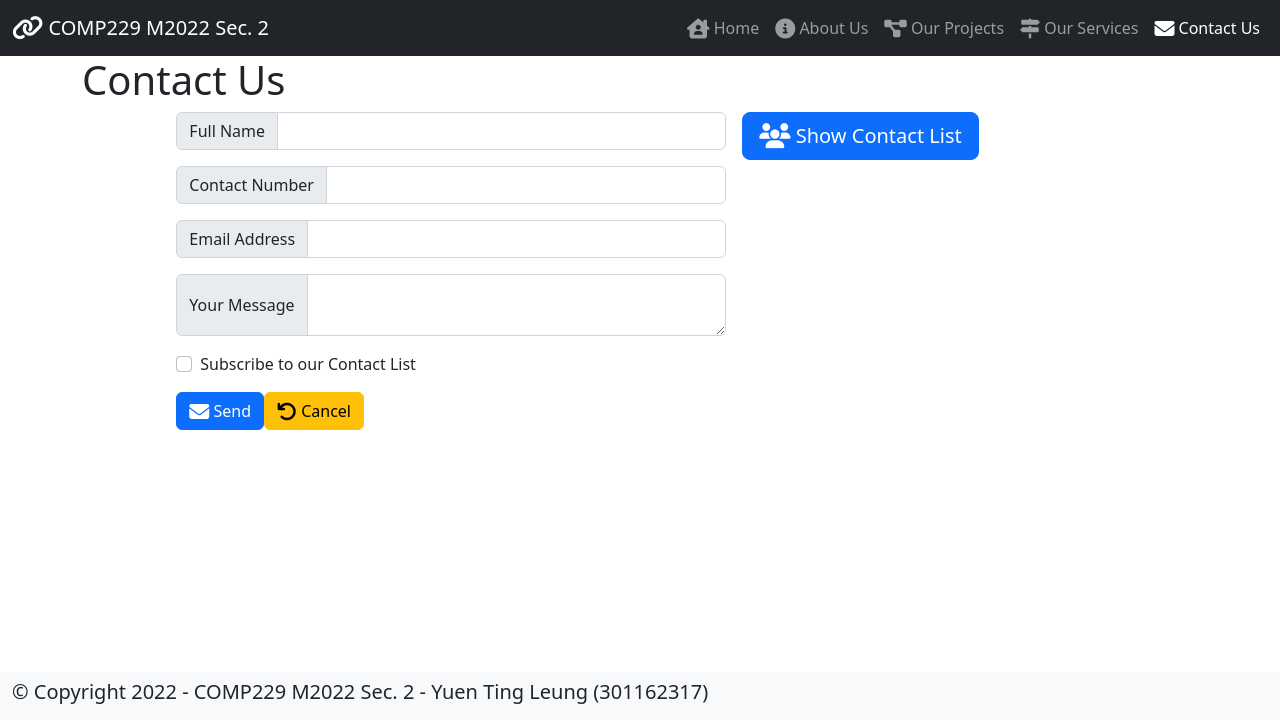
Repository: kennixfun/COMP229-M2022-Lab
Page: /contact (app in Front-End/)
These files come from the project's save history. The page is drawn as it stood at one moment and after the next save; the edit follows.
The browser window is 1280 px wide. The pictures show the whole page.
The project was rebuilt for these pictures with package versions that can differ from the ones it lists, and the page was loaded fresh each time. Also part of the build but not shown: Front-End/src/content/home.tsx, Front-End/src/content/about.tsx, Front-End/src/content/projects.tsx, Front-End/src/content/services.tsx, Front-End/src/App.css.

Above is the page before, as saved 2022-07-19 21:59:50.

### Front-End/public/index.html
<!DOCTYPE html>
<html lang="en">
  <head>
    <meta charset="utf-8" />
    <link rel="icon" href="%PUBLIC_URL%/favicon.ico" />
    <meta name="viewport" content="width=device-width, initial-scale=1" />
    <meta name="theme-color" content="#000000" />
    <meta
      name="description"
      content="Web site created using create-react-app"
    />
    <link rel="apple-touch-icon" href="%PUBLIC_URL%/logo192.png" />
    <!--
      manifest.json provides metadata used when your web app is installed on a
      user's mobile device or desktop. See https://developers.google.com/web/fundamentals/web-app-manifest/
    -->
    <link rel="manifest" href="%PUBLIC_URL%/manifest.json" />
    <!--
      Notice the use of %PUBLIC_URL% in the tags above.
      It will be replaced with the URL of the `public` folder during the build.
      Only files inside the `public` folder can be referenced from the HTML.

      Unlike "/favicon.ico" or "favicon.ico", "%PUBLIC_URL%/favicon.ico" will
      work correctly both with client-side routing and a non-root public URL.
      Learn how to configure a non-root public URL by running `npm run build`.
    -->
    <title>COMP 229</title>
  </head>
  <body>
    <noscript>You need to enable JavaScript to run this app.</noscript>
    <div id="root"></div>
    <!--
      This HTML file is a template.
      If you open it directly in the browser, you will see an empty page.

      You can add webfonts, meta tags, or analytics to this file.
      The build step will place the bundled scripts into the <body> tag.

      To begin the development, run `npm start` or `yarn start`.
      To create a production bundle, use `npm run build` or `yarn build`.
    -->
  </body>
</html>

### Front-End/src/App.tsx
import React from 'react';
import { BrowserRouter, Route, Routes } from 'react-router-dom';

// Common Components
import Header from './components/header';
import Footer from './components/footer';

// Content Components
import Home from './content/home';
import About from './content/about';
import Projects from './content/projects';
import Services from './content/services';
import Contact from './content/contact';

// Styles and Fonts
import 'bootstrap/dist/css/bootstrap.min.css';
import '@fortawesome/fontawesome-free/css/all.min.css';
import './App.css';

function App() {
  return (
    <div className="App">
      <BrowserRouter>
        <Header></Header>

        {/* Client-Side Routing */}
        <Routes>
          <Route path="/" element={<Home />} />
          <Route path="/home" element={<Home />} />
          <Route path="/about" element={<About />} />
          <Route path="/projects" element={<Projects />} />
          <Route path="/services" element={<Services />} />
          <Route path="/contact" element={<Contact />} />
        </Routes>

        <Footer></Footer>
      </BrowserRouter>
    </div>
  );
}

export default App;

### Front-End/src/components/header.tsx
import React from 'react';
import { NavLink } from 'react-router-dom';

function Header()
{
    return (
        <nav className="navbar navbar-expand-lg navbar-dark bg-dark">
    <div className="container-fluid">
      <NavLink to={"/"} className="navbar-brand"><i className="fa-solid fa-link fa-lg"></i> COMP229 M2022 Sec. 2</NavLink>
      <button className="navbar-toggler" type="button" data-bs-toggle="collapse" data-bs-target="#navbarSupportedContent" aria-controls="navbarSupportedContent" aria-expanded="false" aria-label="Toggle navigation">
        <span className="navbar-toggler-icon"></span>
      </button>
      <div className="collapse navbar-collapse" id="navbarSupportedContent">
        <ul className="navbar-nav ms-auto mb-2 mb-lg-0">
          <li className="nav-item">
            <NavLink to={"/home"} className="nav-link" aria-current="page"><i className="fa-solid fa-house-chimney-user fa-lg"></i> Home</NavLink>
          </li>
          <li className="nav-item">
            <NavLink to={"/about"} className="nav-link" aria-current="page"><i className="fa-solid fa-circle-info fa-lg"></i> About Us</NavLink>
          </li>
          <li className="nav-item">
            <NavLink to={"/projects"} className="nav-link" aria-current="page"><i className="fa-solid fa-diagram-project fa-lg"></i> Our Projects</NavLink>
          </li>
          <li className="nav-item">
            <NavLink to={"/services"} className="nav-link" aria-current="page"><i className="fa-solid fa-signs-post fa-lg"></i> Our Services</NavLink>
          </li>
          <li className="nav-item">
            <NavLink to={"/contact"} className="nav-link" aria-current="page"><i className="fa-solid fa-envelope fa-lg"></i> Contact Us</NavLink>
          </li>
        </ul>
      </div>
    </div>
  </nav>
    )
}

export default Header;

### Front-End/src/components/footer.tsx
import React from 'react';

// Footer Component
function Footer()
{
    function getDate(): number
    {
      let date = new Date();
      return date.getFullYear();
    }
    return(
        <nav className="navbar fixed-bottom bg-light">
          <div className="container-fluid">
          <h5 id="copyright">&copy; Copyright { getDate()} - COMP229 M2022 Sec. 2 - Yuen Ting Leung (301162317)</h5>
         </div>
        </nav>
    );
}

export default Footer;

### Front-End/src/content/contact.tsx
import React, { useEffect } from 'react';
import { Link } from 'react-router-dom';

function Contact()
{
    useEffect(()=>{
        document.title = "Contact Us";
    });

    return(
        <div className="container">
            <h1>Contact Us</h1>
                {/*
                <div id="messageArea" className="alert alert-success"></div>
                */}
                <div className="row justify-content-lg-center g-3">
                <form className="col-lg-6 col-md-10 col-sm-10">

                    <div className="input-group mb-3">
                    <span className="input-group-text">Full Name</span>
                    <input id="fullName" name="fullName" type="text" className="form-control"
                    aria-label="Full Name" aria-describedby="Full Name Input" required/>
                    </div>

                    <div className="input-group mb-3">
                    <span className="input-group-text">Contact Number</span>
                    <input id="contactNumber" name="contactNumber" type="tel" className="form-control"
                    aria-label="Contact Number" aria-describedby="Contact Number Input" required/>
                    </div>

                    <div className="input-group mb-3">
                    <span className="input-group-text">Email Address</span>
                    <input id="emailAddress" name="emailAddress" type="email" className="form-control"
                    aria-label="Email Address" aria-describedby="Email Address Input" required/>
                    </div>

                    <div className="input-group mb-3">
                    <span className="input-group-text">Your Message</span>
                    <textarea id="message" name="message" className="form-control" aria-label="Message Area"></textarea>
                    </div>

                    <div className="mb-3 form-check">
                    <input id="subscribeCheckbox" name="subscribeCheckbox" type="checkbox" className="form-check-input" />
                    <label className="form-check-label">Subscribe to our Contact List</label>
                    </div>

                    <button id="sendButton" type="submit" className="btn btn-primary"><i className="fas fa-envelope fa-lg"></i> Send</button>
                    <button id="cancelButton" type="reset" className="btn btn-warning"><i className="fas fa-undo fa-lg"></i> Cancel</button>
                </form>

                <div className="col-lg-4 col-md-4">
                    <Link to={"/contact-list"} className="btn btn-primary btn-lg link"><i className="fas fa-users fa-lg"></i> Show Contact List</Link>
                </div>

                </div>
        </div>
    );
}

export default Contact;

Loaded but not shown: Front-End/src/index.tsx (common file); Front-End/src/index.css (common file); Front-End/src/reportWebVitals.ts (common file)

After the next save:
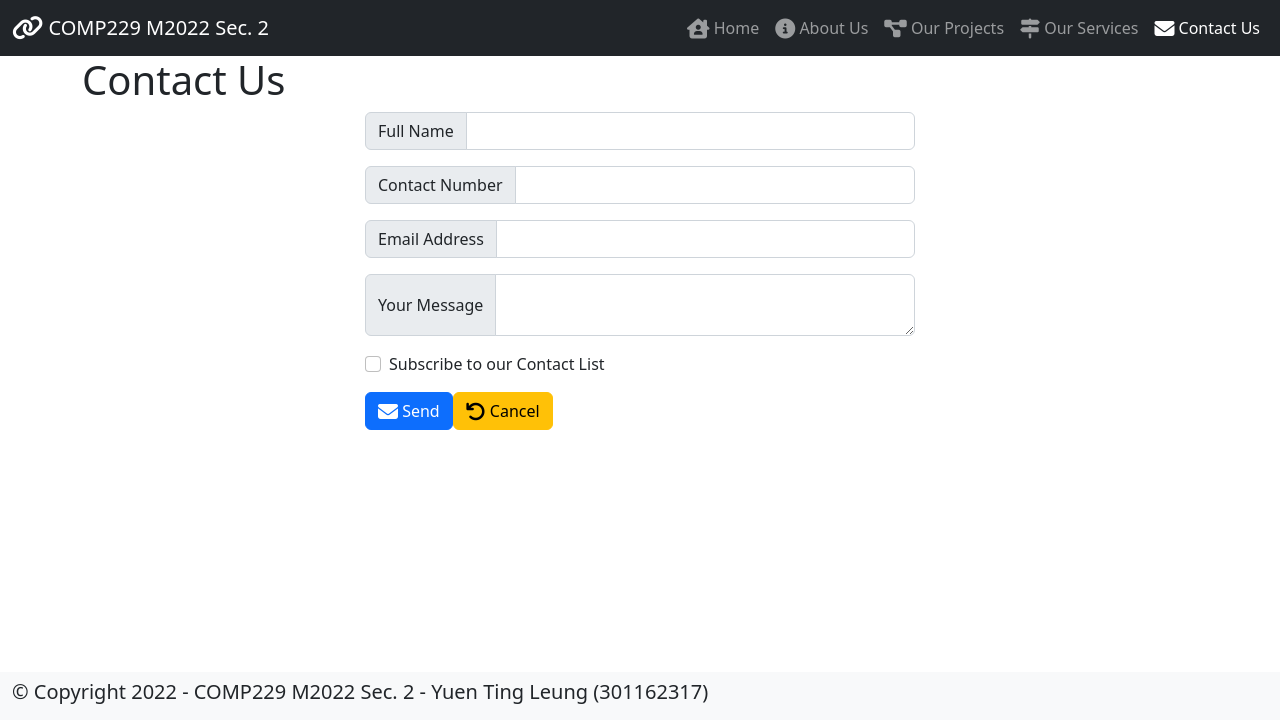
Saved 11 s later.
--- a/Front-End/src/content/contact.tsx
+++ b/Front-End/src/content/contact.tsx
@@ -47,11 +47,6 @@ function Contact()
                     <button id="sendButton" type="submit" className="btn btn-primary"><i className="fas fa-envelope fa-lg"></i> Send</button>
                     <button id="cancelButton" type="reset" className="btn btn-warning"><i className="fas fa-undo fa-lg"></i> Cancel</button>
                 </form>
-
-                <div className="col-lg-4 col-md-4">
-                    <Link to={"/contact-list"} className="btn btn-primary btn-lg link"><i className="fas fa-users fa-lg"></i> Show Contact List</Link>
-                </div>
-
                 </div>
         </div>
     );
